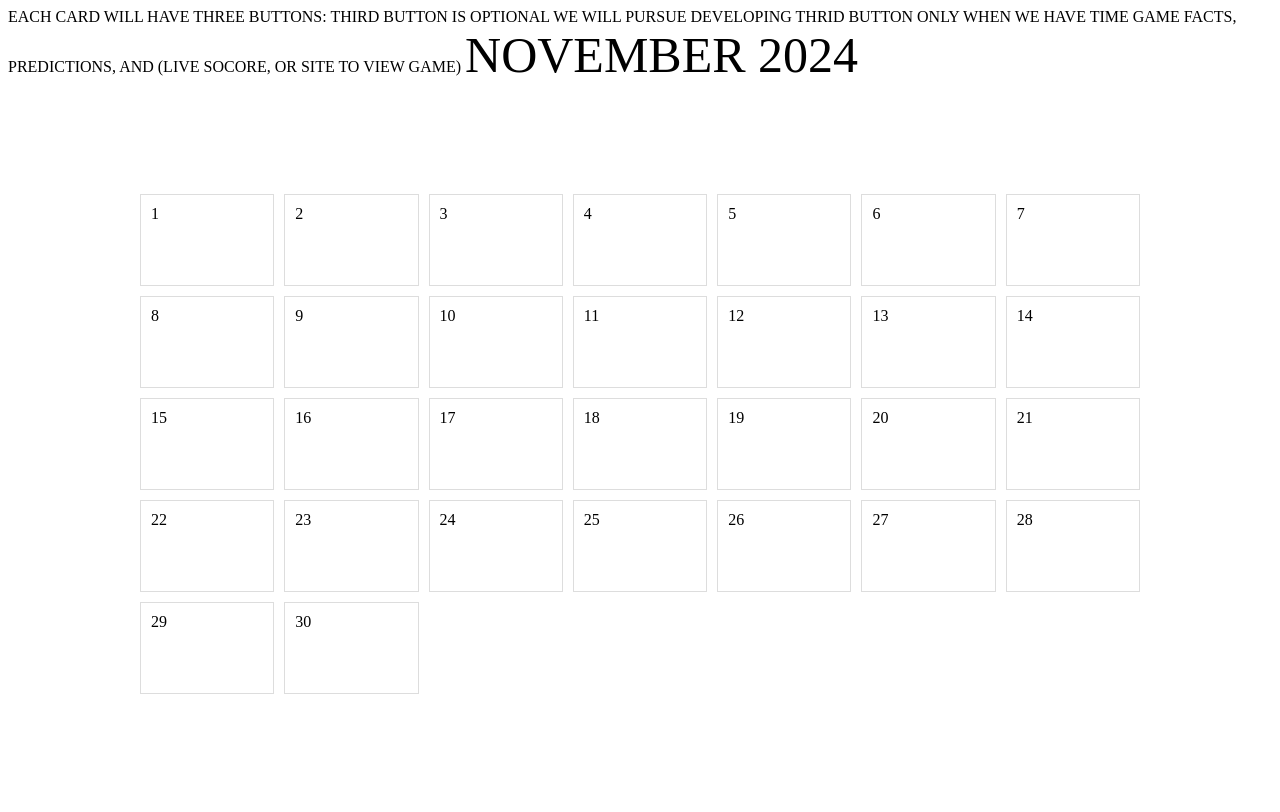
Repository: bredernd/Sports-Analytics
Page: http://localhost/CPS298_Nba/calendar
An editor plug-in stored every save of this project. The page is shown before and after the next save, followed by the edit.
The browser window is 1280 px wide. The pictures show the whole page.
The page is served by Tomcat 9.

Above is the page before, as saved 2024-11-06 19:03:15.

After the next save:
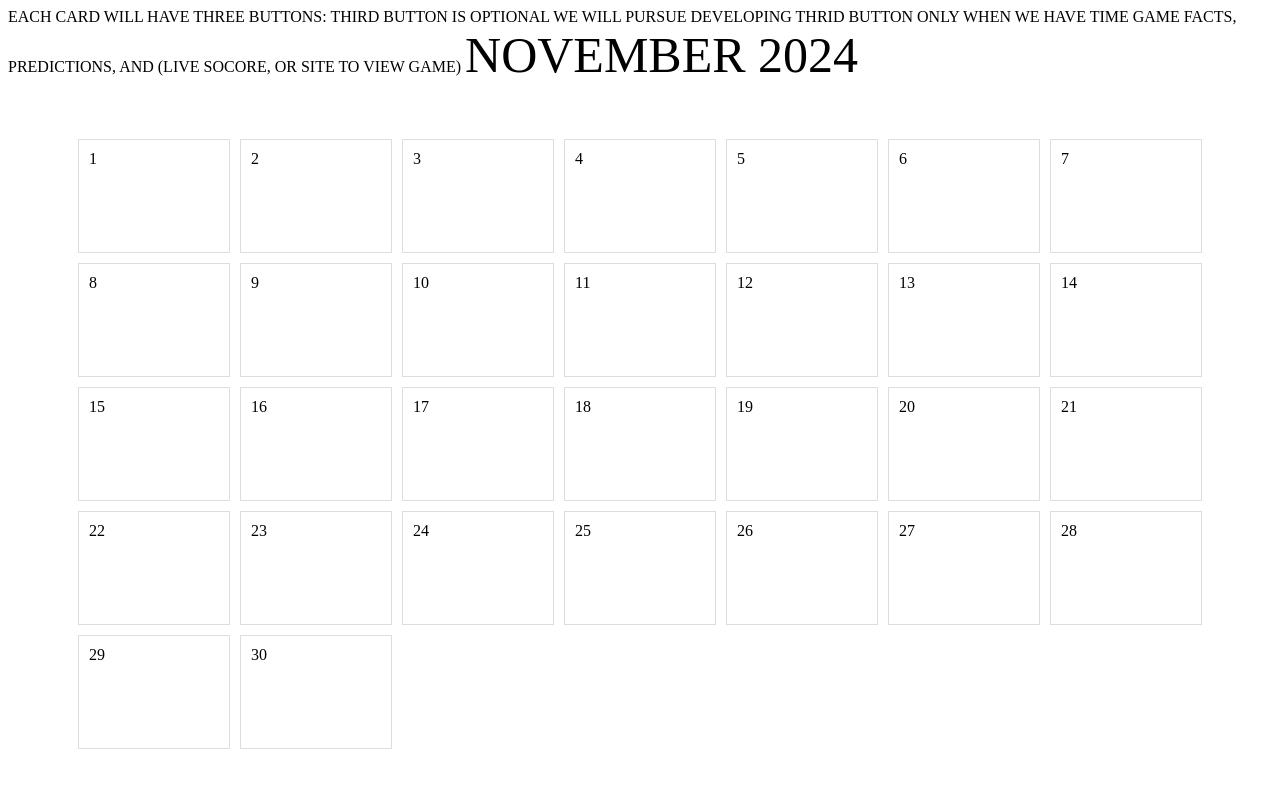
Saved 3 min 9 s later.
--- a/NBAProj/CPS298_Nba/src/main/webapp/WEB-INF/Views/calendar.jsp
+++ b/NBAProj/CPS298_Nba/src/main/webapp/WEB-INF/Views/calendar.jsp
@@ -18,13 +18,15 @@
 	display: grid;
 	grid-template-columns: repeat(7, 1fr);
 	gap: 10px;
-	width: 1000px;
-	height: 500px;
+	width: fit-content;
+	height: fit-content;
 	}
 
     .day {
     border: 1px solid #ddd;
     padding: 10px;
+    width: 130px;
+    height: 92px;
     }
 
     .calTitle{
